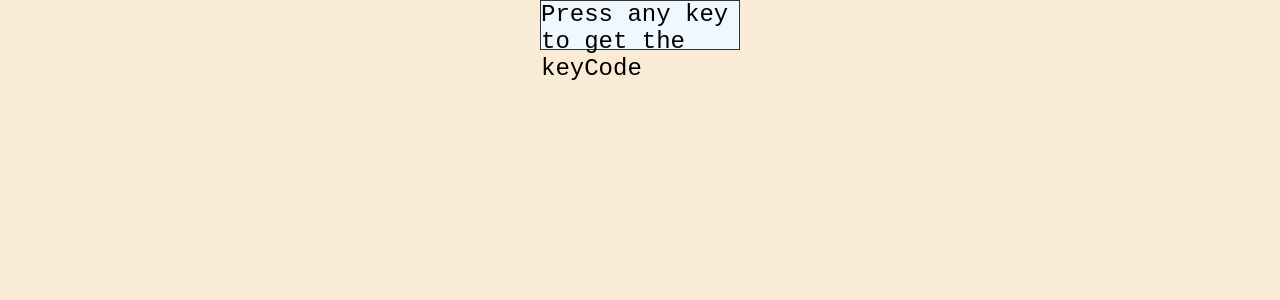
Repository: MMXiaohang/50projects50days-copy
Page: 11-event-keycodes/1-index.html
The author's editor kept a copy of each file at every save. The page is drawn from the files as they stood at one save, then again after the next save.
The browser window is 1280 px wide. The pictures show the whole page.

Above is the page before, as saved 2022-07-14 23:17:37.

### 11-event-keycodes/1-index.html
<!DOCTYPE html>
<html lang="en">
<head>
    <meta charset="UTF-8">
    <meta http-equiv="X-UA-Compatible" content="IE=edge">
    <meta name="viewport" content="width=device-width, initial-scale=1.0">
    <link rel="stylesheet" href="./1-style.css">
    <title>Event KeyCodes</title>
</head>
<body>
    <div class="insert">
        <div class="key">
            Press any key to get the keyCode
        </div>
    </div>

    <script src="./1-script.js"></script>
</body>
</html>

### 11-event-keycodes/1-style.css
*{
    box-sizing: border-box;
    margin: 0;
}

body {
    display: flex;
    justify-content: center;
    align-items: center;
    background-color: antiquewhite;
    font-family: 'Courier New', Courier, monospace;
}

.insert {
    width: 200px;
    height: 50px;
    font-size: 24px;
    color: black;
    border: 1px solid #333;
    background-color: aliceblue;
}

Loaded but not shown: 11-event-keycodes/1-script.js (no stored copy; drawn as an empty file)

After the next save:
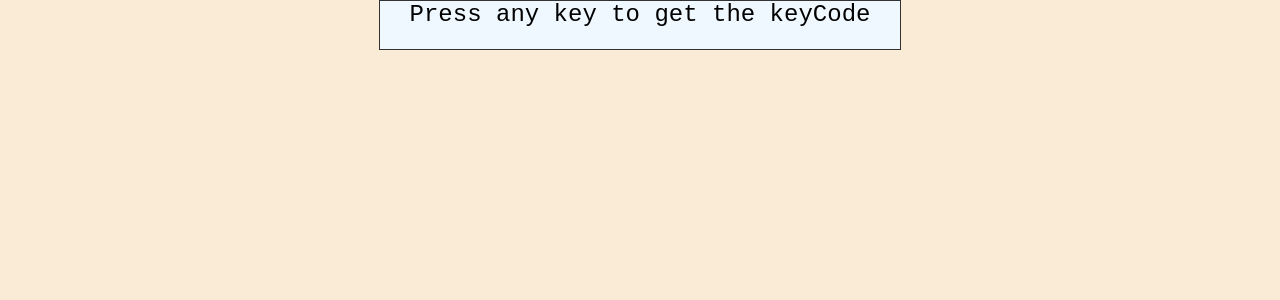
Saved 23 s later.
--- a/11-event-keycodes/1-style.css
+++ b/11-event-keycodes/1-style.css
@@ -12,7 +12,7 @@ body {
 }
 
 .insert {
-    width: 200px;
+    padding: 0 30px;
     height: 50px;
     font-size: 24px;
     color: black;
